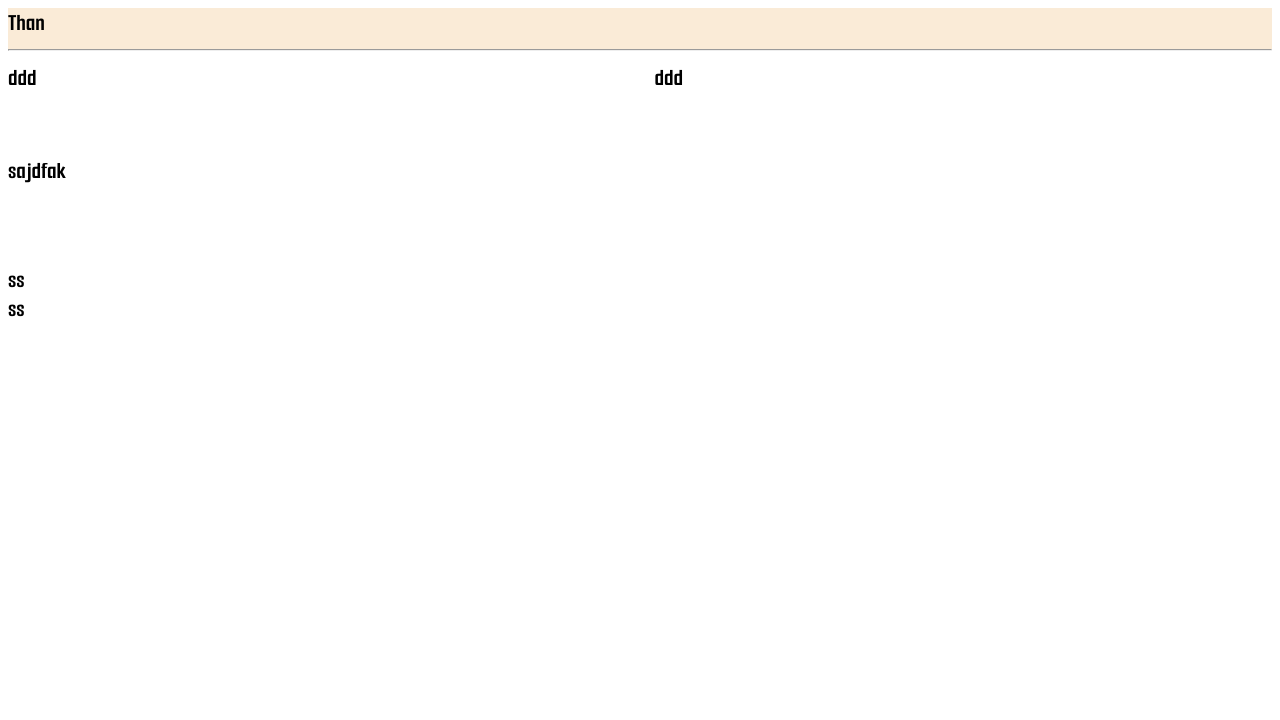
Repository: Than-dot/Than-dot
Page: index.html
These files come from the project's save history. The page is drawn as it stood at one moment and after a run of saves; the edit follows.
The browser window is 1280 px wide. The pictures show the whole page.

Above is the page before, as saved 2026-04-22 12:39:23.

### index.html
<!doctype html>
<html lang="en">
  <head>
    <meta charset="UTF-8" />
    <meta name="viewport" content="width=device-width, initial-scale=1.0" />
    <title>Than</title>
    <link rel="stylesheet" href="styles/global.css" />
    <link rel="stylesheet" href="styles/index.css" />
  </head>

  <body>
    <header>
      <nav>Than</nav>
      <hr />
    </header>
    <main class="container">
      <article class="1st-art">ddd</article>
      <aside class = "1st-asi">ddd</aside>
      <article class="stats">sajdfak</article>
    </main>
    <article>ss</article>
    <aside>ss</aside>
  </body>
</html>

### styles/global.css
@font-face {
  font-family: Smooch-Sans;
  src: url(/assets/font/Roboto,Smooch_Sans/Smooch_Sans/SmoochSans-VariableFont_wght.ttf);
}

body {
  font-family: Smooch-Sans, sans-serif;
  font-weight: bold;
  font-size: 1.5rem;
}

### styles/index.css


.container {
  display: grid;
  grid-template-columns: auto auto;
}

header {
  background-color: antiquewhite;
}

.f-art {
  background-color: aquamarine;
  margin: 15rem;
}

.f-as {
  background-color: blue;
  margin: 15rem;
}

.stats {
  margin-top: 4rem;
  margin-bottom: 5rem;
}

After the next 3 saves:
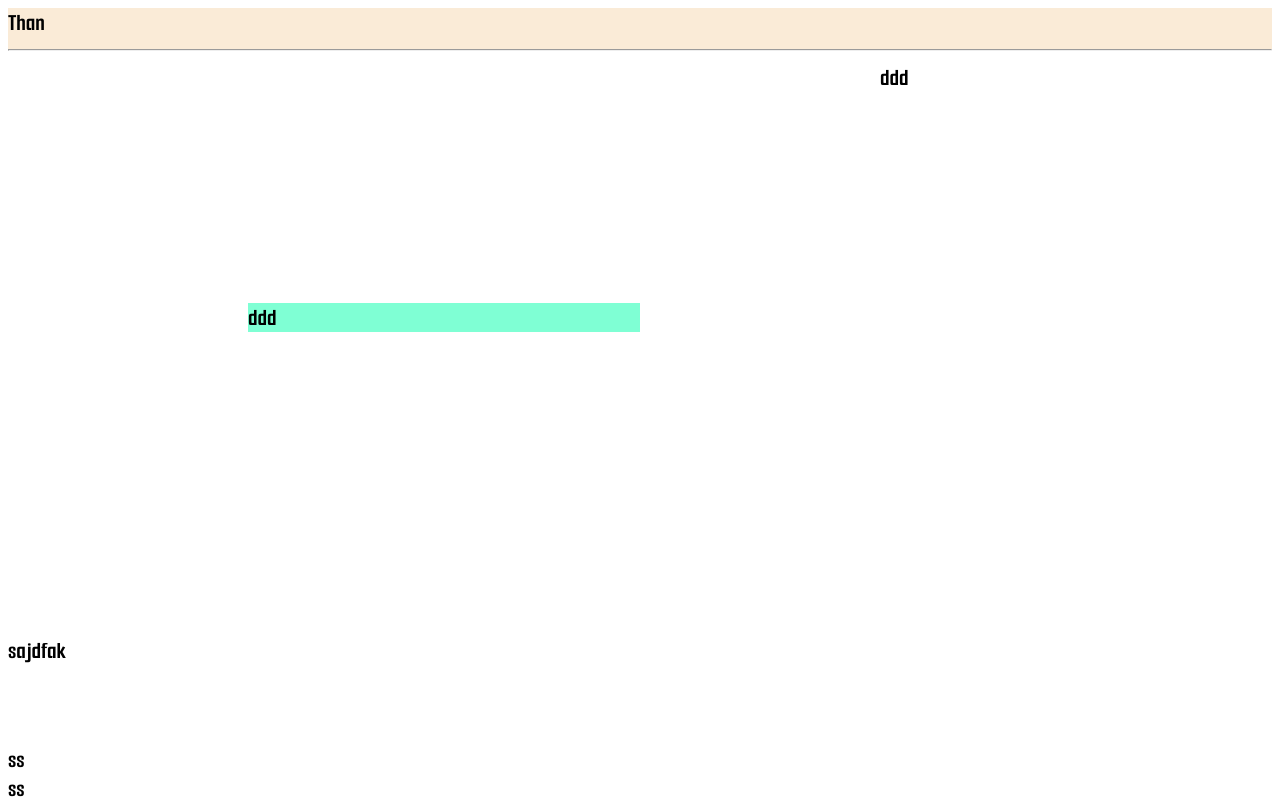
The 3 saves are shown as one change because they came seconds apart.
The last was saved 9 s later.
--- a/index.html
+++ b/index.html
@@ -14,8 +14,8 @@
       <hr />
     </header>
     <main class="container">
-      <article class="1st-art">ddd</article>
-      <aside class = "1st-asi">ddd</aside>
+      <article class="f-art">ddd</article>
+      <aside class = "f-asi">ddd</aside>
       <article class="stats">sajdfak</article>
     </main>
     <article>ss</article>
